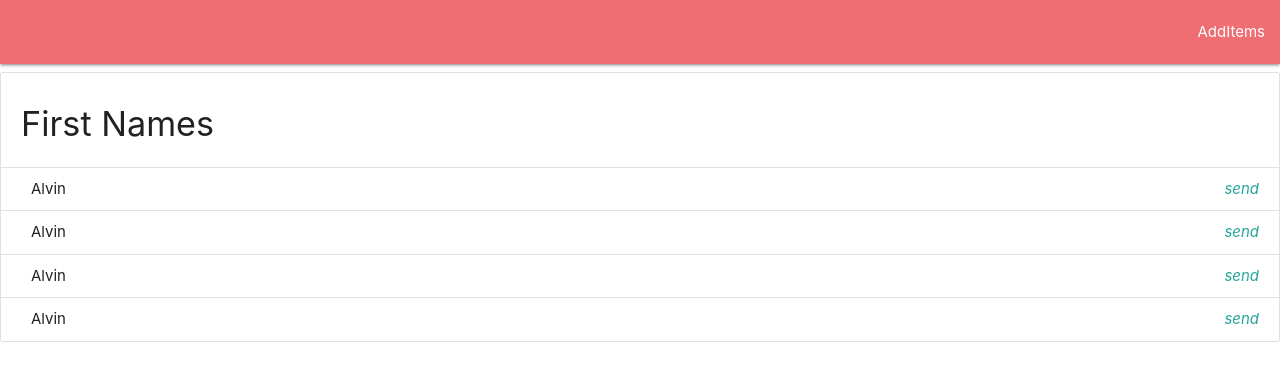
Repository: umarrg/crud-app-ejs-and-nodejs
Page: public/index.html
An editor plug-in stored every save of this project. The page is shown before and after a run of saves, followed by the edit.
The browser window is 1280 px wide. The pictures show the whole page.

Above is the page before, as saved 2020-12-24 17:30:24.

After the next 3 saves:
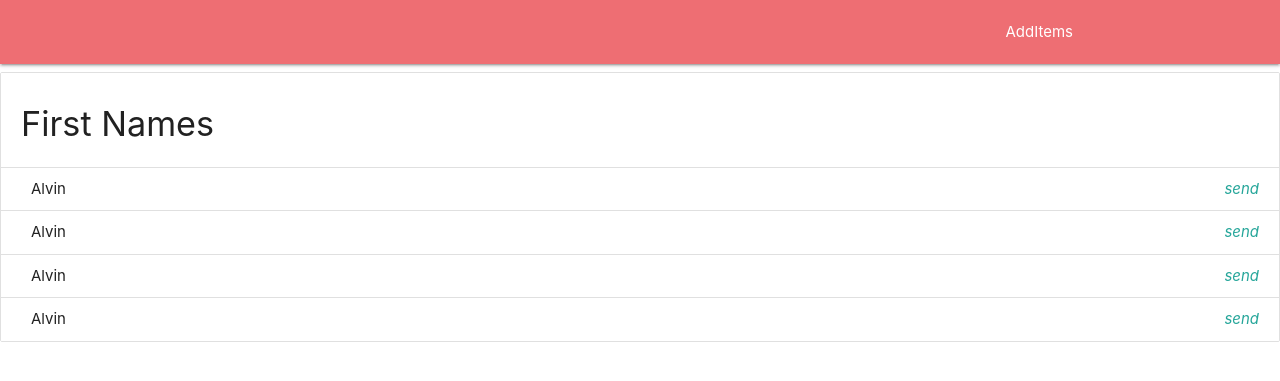
The 3 saves are shown as one change because they came seconds apart.
The last was saved 4 days later.
--- a/public/index.html
+++ b/public/index.html
@@ -9,7 +9,7 @@
 </head>
 <body>
     <nav>
-        <div class="nav-wrapper">
+        <div class="nav-wrapper container">
           <!-- <a href="#" class="brand-logo">Logo</a> -->
           <ul id="nav-mobile" class="right hide-on-med-and-down">
             <li><a href="http://localhost:9000/additem"> AddItems</a></li>
